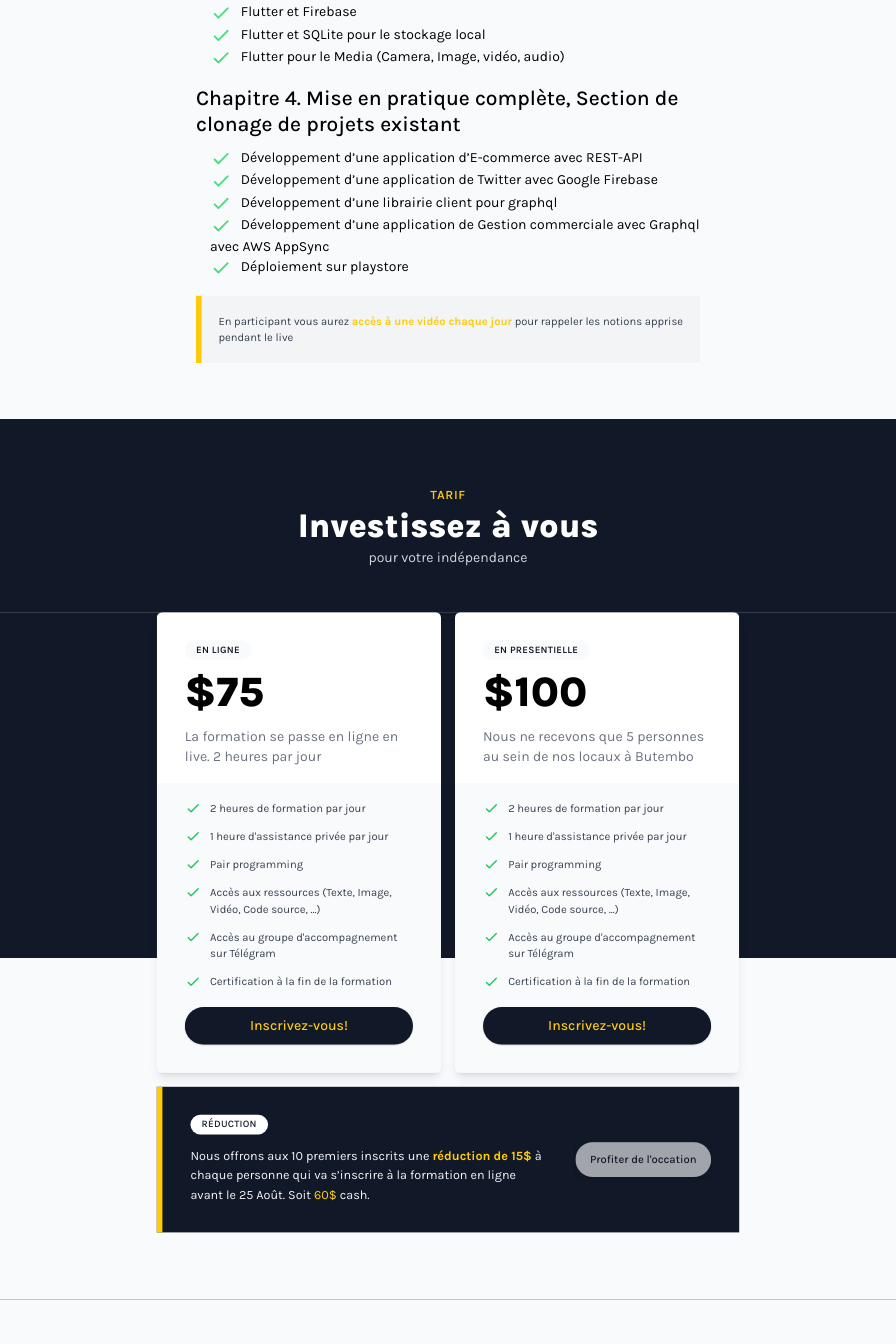
Repository: alfredlwanzo/course
Page: /
These files come from the project's save history. The page is drawn as it stood at one moment and after the next save; the edit follows.
The browser window is 1280 px wide. The pictures show the part of the page from y = 1781 to 3701 px (the page is 5097 px tall before and 5125 px after), at 70% of full size.
The project was rebuilt for these pictures with package versions that can differ from the ones it lists, and the page was loaded fresh each time. The framework's server and built-in components were replaced by stand-ins that run in the browser. Also part of the build but not shown: next.config.js.

Above is the page before, as saved 2022-08-10 12:22:22.

After the next save:
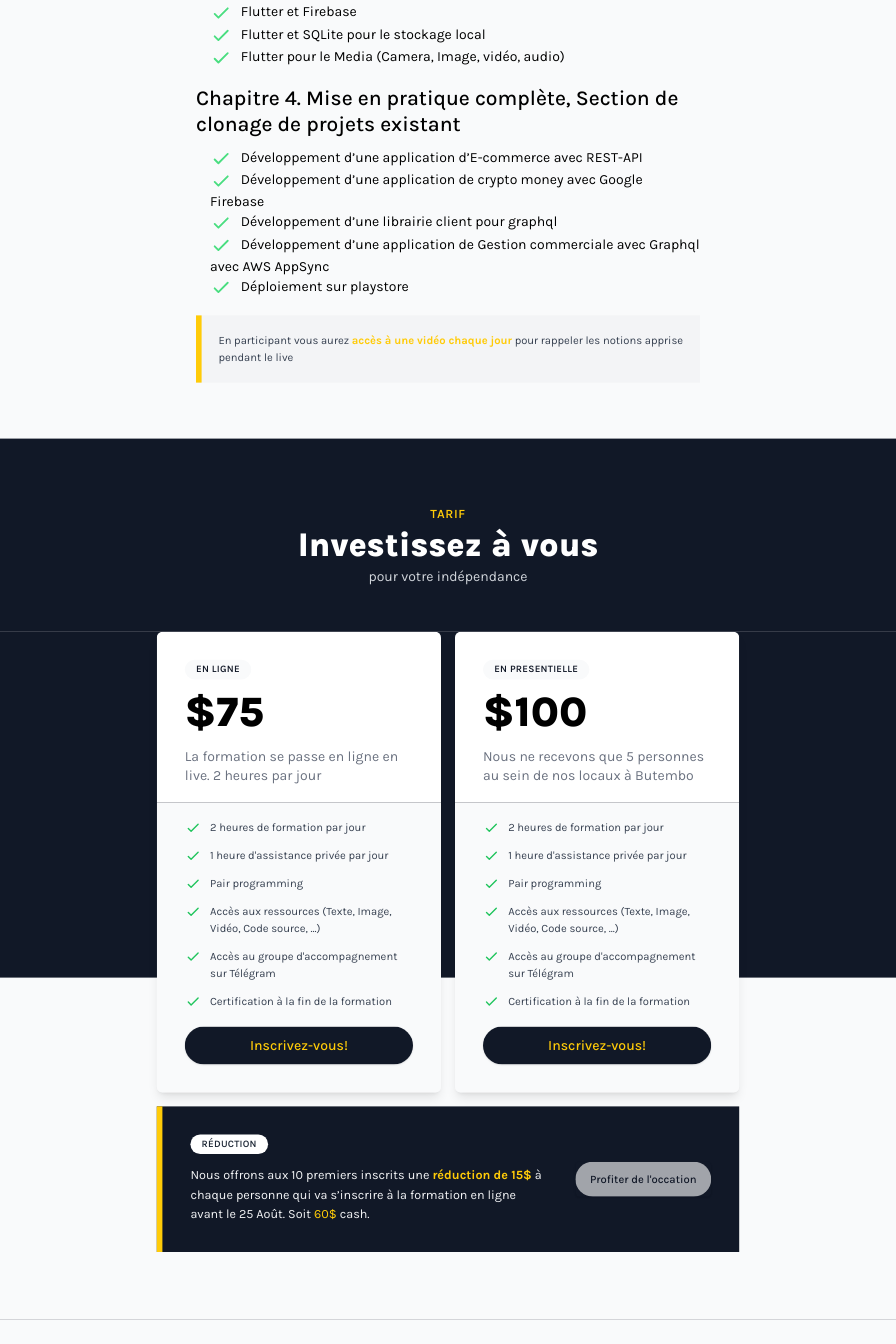
Saved 31 s later.
--- a/src/components/sections/Content.tsx
+++ b/src/components/sections/Content.tsx
@@ -131,7 +131,7 @@
           </li>
           <li className="text-xl ">
             <CheckIcon className="inline-block h-8 w-8 mr-3 text-green-400" />
-            Développement d’une application de Twitter avec Google Firebase
+            Développement d’une application de crypto money avec Google Firebase
           </li>
           <li className="text-xl ">
             <CheckIcon className="inline-block h-8 w-8 mr-3 text-green-400" />
